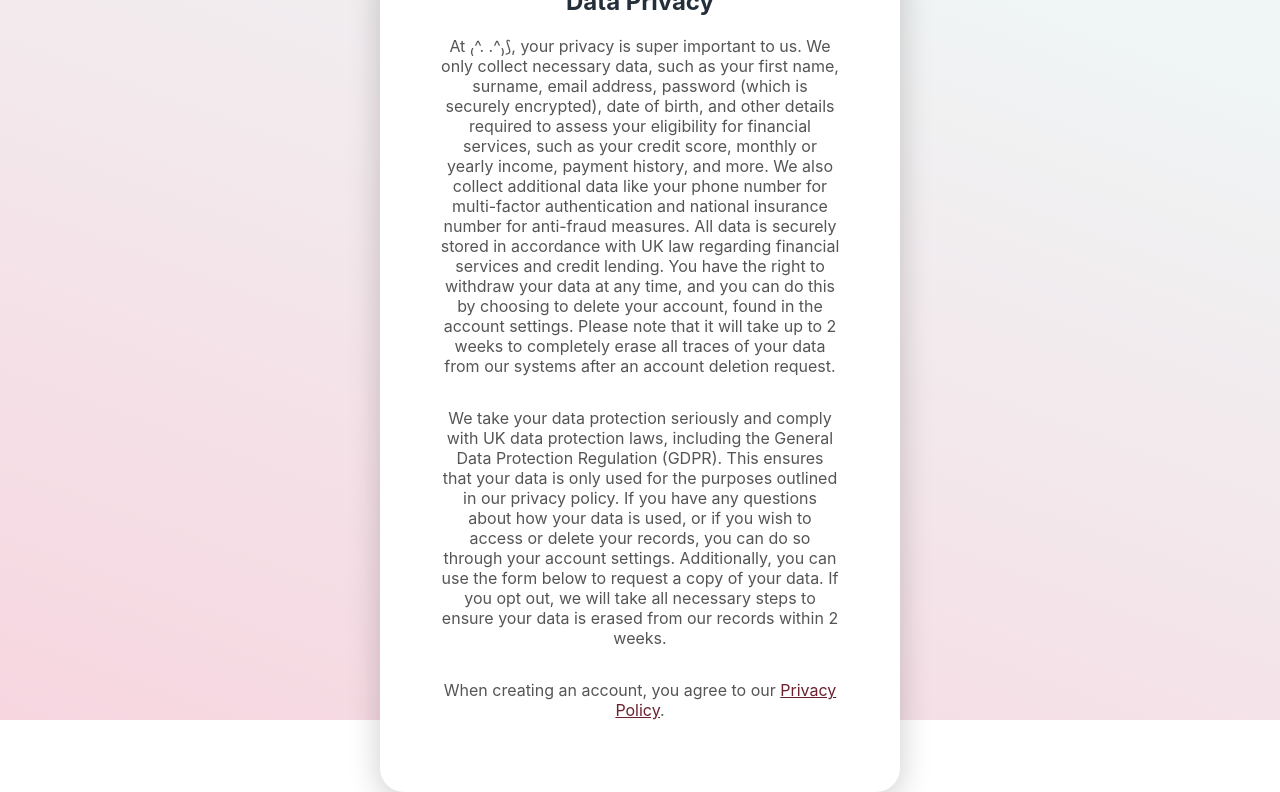
Repository: aab232/https---github.com-aab232-Deferred-Payment-Platform
Page: /privacy (app in frontend/)
These files come from the project's save history. The page is drawn as it stood at one moment and after the next save; the edit follows.
The browser window is 1280 px wide. The pictures show the whole page.
The project was rebuilt for these pictures with package versions that can differ from the ones it lists, and the page was loaded fresh each time. Also part of the build but not shown: frontend/src/components/Home.js, frontend/src/components/Register.js, frontend/src/components/Login.js, frontend/src/components/Main.css, frontend/src/components/Main.js, frontend/src/components/BackButton.css, frontend/src/components/BackButton.js, frontend/src/components/Settings.js.

Above is the page before, as saved 2025-04-01 02:00:34.

### frontend/src/App.js
import React from 'react';
import { BrowserRouter as Router, Routes, Route } from 'react-router-dom';
import Home from './components/Home';
import Register from './components/Register';
import Login from './components/Login';
import Main from './components/Main';
import Settings from './components/Settings';
import Privacy from './components/Privacy';

const App = () => {
  return (
    <Router>
      <Routes>
        <Route path="/" element={<Home />} />
        <Route path="/login" element={<Login />} />
        <Route path="/register" element={<Register />} />
        <Route path="/main" element={<Main />} />
        <Route path="/settings" element={<Settings />} />
        <Route path="/privacy" element={<Privacy />} />
      </Routes>
    </Router>
  );
};

export default App;

### frontend/src/components/Privacy.js
import React from 'react';
import './Privacy.css'; // Make sure to import the CSS file

const Privacy = () => {
  return (
    <div className="container">
      <div className="form-card">
        <h2>Data Privacy</h2>

        <p>At ₍^. .^₎⟆, your privacy is super important to us. We only collect necessary data, such as your first name, surname, email address, password (which is securely encrypted), date of birth, and other details required to assess your eligibility for financial services, such as your credit score, monthly or yearly income, payment history, and more. We also collect additional data like your phone number for multi-factor authentication and national insurance number for anti-fraud measures. All data is securely stored in accordance with UK law regarding financial services and credit lending. You have the right to withdraw your data at any time, and you can do this by choosing to delete your account, found in the account settings. Please note that it will take up to 2 weeks to completely erase all traces of your data from our systems after an account deletion request.</p>

        <p>We take your data protection seriously and comply with UK data protection laws, including the General Data Protection Regulation (GDPR). This ensures that your data is only used for the purposes outlined in our privacy policy. If you have any questions about how your data is used, or if you wish to access or delete your records, you can do so through your account settings. Additionally, you can use the form below to request a copy of your data. If you opt out, we will take all necessary steps to ensure your data is erased from our records within 2 weeks.</p>

        <p>When creating an account, you agree to our <span className="link">Privacy Policy</span>.</p>
      </div>
    </div>
  );
};

export default Privacy;

### frontend/src/components/Home.css
.container {
    display: flex;
    justify-content: center;
    align-items: center;
    height: 100vh; /* Full viewport height */
    background: linear-gradient(135deg, #252f3b, #252d3b); /* Elegant gradient */
  }

  .card {
    text-align: center;
    background: #fff;
    padding: 40px 60px;
    border-radius: 24px;
    box-shadow: 0 8px 32px rgba(0, 0, 0, 0.2);
    max-width: 350px;
    width: 100%;
  }

  h1 {
    margin-bottom: 16px;
    font-size: 28px;
    color: #252f3b;
  }

  p {
    margin-bottom: 32px;
    font-size: 16px;
    color: #555;
  }

  .button-group {
    display: flex;
    justify-content: space-between;
  }

  .btn {
    padding: 12px 24px;
    font-size: 16px;
    border: none;
    border-radius: 30px; /* Rounded buttons */
    cursor: pointer;
    transition: background 0.3s ease;
    color: white;
    background: #252f3b;
  }

  .btn:hover {
    background: #252f3b; /* Button hover effect */
  }

### frontend/src/components/Form.css
.container {
  display: flex;
  justify-content: center;
  align-items: center;
  height: 100vh;
  background: linear-gradient(200deg, #eff7f6, #F7D6E0);
}

.form-card {
  background: white;
  padding: 40px 60px;
  border-radius: 24px;
  box-shadow: 0 8px 32px rgba(0, 0, 0, 0.2);
  max-width: 400px;
  width: 100%;
  text-align: center;
}

h2 {
  color: #252f3b;
}

input {
  display: block;
  width: 100%;
  margin: 10px 0;
  padding: 12px;
  border: 1px solid #ddd;
  border-radius: 30px;
}

.btn {
  padding: 12px 24px;
  margin-top: 20px;
  border-radius: 30px;
  border: none;
  color: white;
  background: #6b212e;
  cursor: pointer;
}

.btn:hover {
  background: #a41b34;
}

.link {
  color: #6b212e;
  cursor: pointer;
}

### frontend/src/components/Settings.css
.settings-container {
  display: flex;
  flex-direction: column;
  align-items: center;
  padding: 40px 20px;
  background: #f8f9fa;
  min-height: 100vh;
}

h1 {
  color: #343a40;
  margin-bottom: 20px;
}

.menu {
  display: flex;
  gap: 20px;
  margin-bottom: 40px;
}

.menu button {
  padding: 10px 20px;
  border: none;
  border-radius: 8px;
  cursor: pointer;
  transition: background 0.3s ease;
  font-weight: bold;
  background: #007bff;
  color: white;
}

.menu .danger {
  background: #dc3545;
}

.menu button:hover {
  opacity: 0.8;
}

/* Dropdown styling */
.dropdown {
  display: flex;
  flex-direction: column;
  gap: 10px;
  margin-top: 20px;
}

.dropdown button {
  padding: 8px 16px;
  border: none;
  border-radius: 8px;
  background: #6c757d;
  color: white;
  cursor: pointer;
  transition: background 0.3s ease;
}

.dropdown button:hover {
  background: #495057;
}

/* Section Styling */
.section {
  width: 100%;
  max-width: 600px;
  background: white;
  padding: 30px;
  border-radius: 16px;
  box-shadow: 0 8px 24px rgba(0, 0, 0, 0.1);
  margin-top: 20px;
}

h2 {
  color: #495057;
  margin-bottom: 20px;
}

input {
  width: 100%;
  padding: 12px;
  margin-bottom: 15px;
  border: 1px solid #ced4da;
  border-radius: 8px;
  font-size: 14px;
}

button {
  padding: 12px 20px;
  border: none;
  border-radius: 8px;
  cursor: pointer;
  background: #28a745;
  color: white;
  font-weight: bold;
}

button:hover {
  opacity: 0.9;
}

.info {
  margin-top: 20px;
  color: #6c757d;
}

### frontend/src/components/Privacy.css
/* Container for centering the form card */
.container {
    display: flex;
    justify-content: center;
    align-items: center;
    height: 100vh;
    background: linear-gradient(200deg, #eff7f6, #F7D6E0);
  }

  /* Form card styling */
  .form-card {
    background: white;
    padding: 40px 60px;
    border-radius: 24px;
    box-shadow: 0 8px 32px rgba(0, 0, 0, 0.2);
    max-width: 400px;
    width: 100%;
    text-align: center;
  }

  /* Heading styling */
  h2 {
    color: #252f3b;
    font-size: 24px;
    margin-bottom: 20px;
  }

  /* Button styling */
  .btn {
    padding: 12px 24px;
    margin-top: 20px;
    border-radius: 30px;
    border: none;
    color: white;
    background: #6b212e;
    cursor: pointer;
  }

  .btn:hover {
    background: #a41b34;
  }

  /* Link styling */
  .link {
    color: #6b212e;
    cursor: pointer;
    text-decoration: underline;
  }

  .link:hover {
    color: #a41b34;
  }

Loaded but not shown: frontend/public/index.html (common file); frontend/src/index.js (common file); frontend/src/index.css (common file)

After the next save:
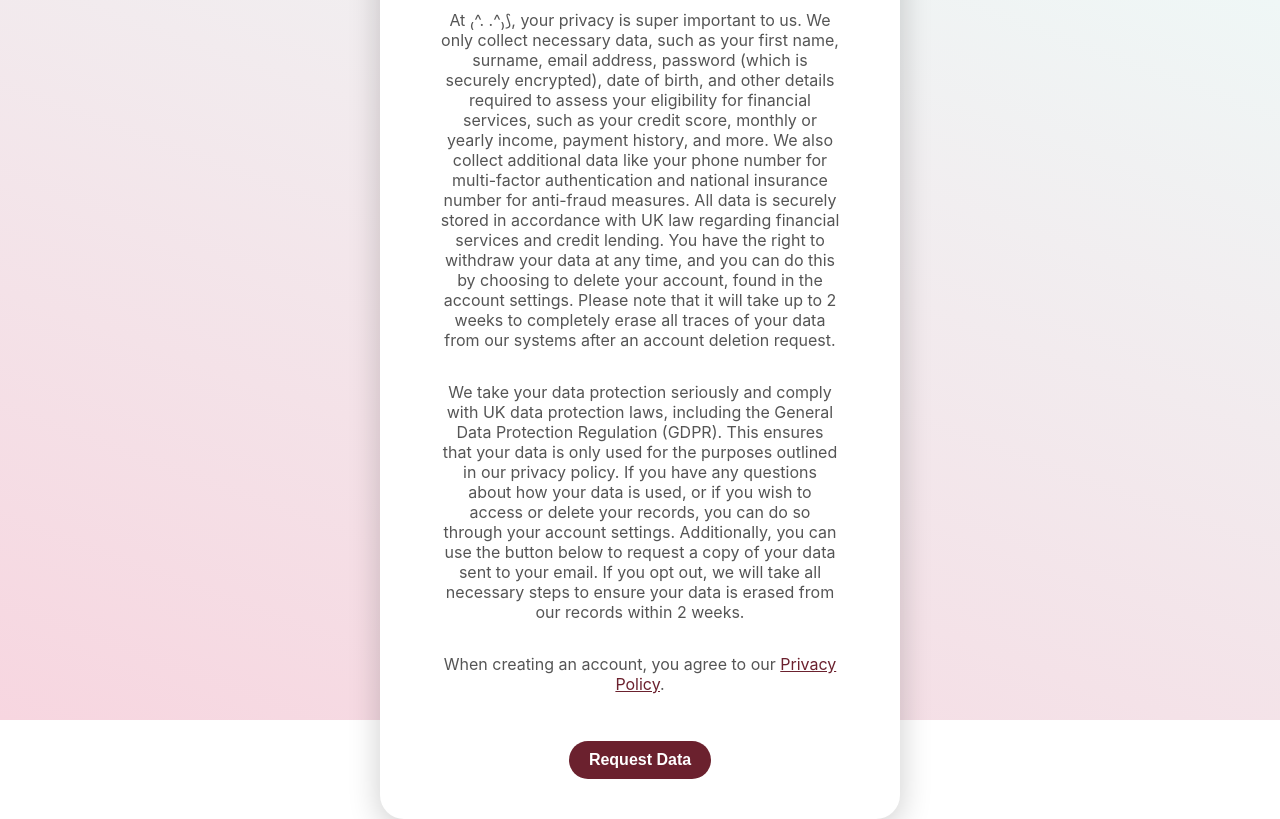
Saved 8 min 19 s later.
--- a/frontend/src/components/Privacy.js
+++ b/frontend/src/components/Privacy.js
@@ -9,9 +9,10 @@ const Privacy = () => {
 
         <p>At ₍^. .^₎⟆, your privacy is super important to us. We only collect necessary data, such as your first name, surname, email address, password (which is securely encrypted), date of birth, and other details required to assess your eligibility for financial services, such as your credit score, monthly or yearly income, payment history, and more. We also collect additional data like your phone number for multi-factor authentication and national insurance number for anti-fraud measures. All data is securely stored in accordance with UK law regarding financial services and credit lending. You have the right to withdraw your data at any time, and you can do this by choosing to delete your account, found in the account settings. Please note that it will take up to 2 weeks to completely erase all traces of your data from our systems after an account deletion request.</p>
 
-        <p>We take your data protection seriously and comply with UK data protection laws, including the General Data Protection Regulation (GDPR). This ensures that your data is only used for the purposes outlined in our privacy policy. If you have any questions about how your data is used, or if you wish to access or delete your records, you can do so through your account settings. Additionally, you can use the form below to request a copy of your data. If you opt out, we will take all necessary steps to ensure your data is erased from our records within 2 weeks.</p>
+        <p>We take your data protection seriously and comply with UK data protection laws, including the General Data Protection Regulation (GDPR). This ensures that your data is only used for the purposes outlined in our privacy policy. If you have any questions about how your data is used, or if you wish to access or delete your records, you can do so through your account settings. Additionally, you can use the button below to request a copy of your data sent to your email. If you opt out, we will take all necessary steps to ensure your data is erased from our records within 2 weeks.</p>
 
         <p>When creating an account, you agree to our <span className="link">Privacy Policy</span>.</p>
+        <button class="request-data-btn">Request Data</button>
       </div>
     </div>
   );
--- a/frontend/src/components/Privacy.css
+++ b/frontend/src/components/Privacy.css
@@ -1,4 +1,4 @@
-/* Container for centering the form card */
+
 .container {
     display: flex;
     justify-content: center;
@@ -7,7 +7,7 @@
     background: linear-gradient(200deg, #eff7f6, #F7D6E0);
   }
 
-  /* Form card styling */
+
   .form-card {
     background: white;
     padding: 40px 60px;
@@ -18,14 +18,13 @@
     text-align: center;
   }
 
-  /* Heading styling */
+
   h2 {
     color: #252f3b;
     font-size: 24px;
     margin-bottom: 20px;
   }
 
-  /* Button styling */
   .btn {
     padding: 12px 24px;
     margin-top: 20px;
@@ -40,7 +39,6 @@
     background: #a41b34;
   }
 
-  /* Link styling */
   .link {
     color: #6b212e;
     cursor: pointer;
@@ -50,3 +48,23 @@
   .link:hover {
     color: #a41b34;
   }
+
+  .privacy-container {
+    text-align: center;
+    margin-top: 20px;
+  }
+
+  .request-data-btn {
+    padding: 10px 20px;
+    margin-top: 15px;
+    background-color: #6b212e;
+    color: white;
+    border: none;
+    border-radius: 30px;
+    cursor: pointer;
+    font-size: 16px;
+  }
+
+  .request-data-btn:hover {
+    background-color: #a41b34;
+  }
